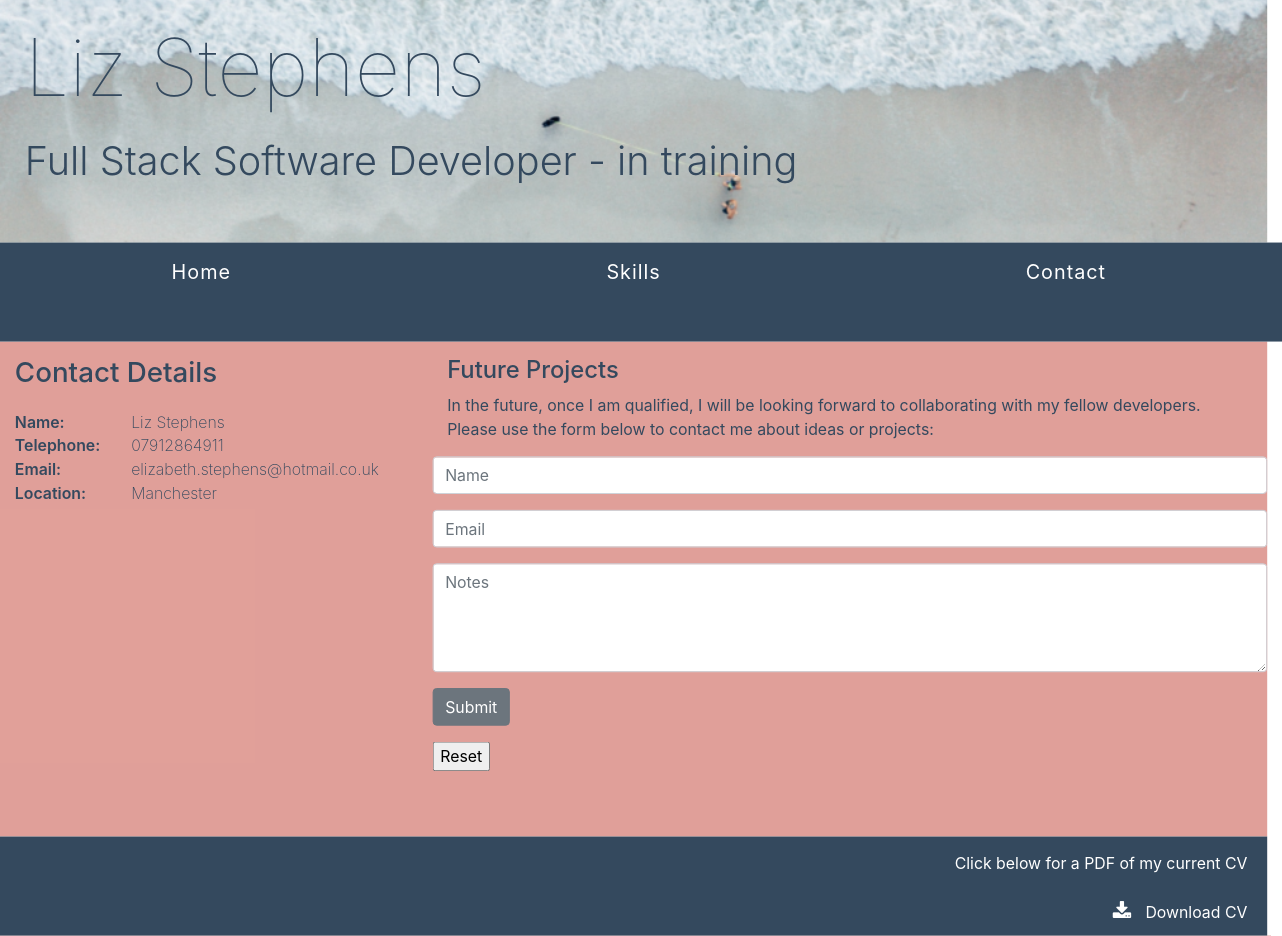
Repository: Liz94688/portfolio-site
Page: contact.html
The author's editor kept a record of every edit. The page is drawn from the files as they stood at one moment, then again after the next edit.
The browser window is 1280 px wide. The page is 1295 px wide, so the pictures cover 1295 px, including what lies to the right of the window. The pictures show the whole page, at 99% of full size.

Above is the page before.

### contact.html
<!DOCTYPE html>
<html lang="en">

<head>
    <meta charset="UTF-8">
    <meta name="viewport" content="width=device-width, initial-scale=1.0">
    <meta http-equiv="X-UA-Compatible" content="ie=edge">
    <link rel="stylesheet" href="https://stackpath.bootstrapcdn.com/bootstrap/4.3.1/css/bootstrap.min.css" type="text/css" />
    <link rel="stylesheet" href="https://stackpath.bootstrapcdn.com/font-awesome/4.7.0/css/font-awesome.min.css" type="text/css" />
    <link rel="stylesheet" href="assets/css/style.css" type="text/css" />
    <title>Liz Stephens Portfolio - Full Stack Web Developer</title>
</head>

<body>
    <header>
        <div class="row header-image">
            <div class="col">
                <h1 class="header-name">Liz Stephens</h1>
                <h2 class="header-title">Full Stack Software Developer - in training</h2>
            </div>
        </div>

        <div class="row header-nav">
            <div class="col">
                <ul id="nav" class="list-inline header-nav-container">
                    <li class="col-sm-4 header-nav-color-home header-nav-item list-inline-item">
                        <a href="#"><span>Home</span></a>
                    </li>
                    <li class="col-sm-4 header-nav-color-skills header-nav-item list-inline-item">
                        <a href="#"><span>Skills</span></a>
                    </li>
                    <li class="col-sm-4 header-nav-color-contact header-nav-item list-inline-item">
                        <a href="#"><span>Contact</span></a>
                    </li>
                </ul>
            </div>
        </div>
        </div>
    </header>

    <section id="contact" class="container-fluid contact-container">
        <div class="row">
            <div class="col-md-4 contact-info">
                <div class="col-12">
                    <h3 class="contact-details-title">
                        Contact Details
                    </h3>
                </div>
                <div class="col-12 contact-details-itemised">
                    <div class="key">
                        <p>Name:</p>
                    </div>
                    <div class="value">
                        <p>Liz Stephens</p>
                    </div>
                    <div class="key">
                        <p>Telephone:</p>
                    </div>
                    <div class="value">
                        <p>07912864911</p>
                    </div>
                    <div class="key">
                        <p>Email:</p>
                    </div>
                    <div class="value">
                        <p>elizabeth.stephens@hotmail.co.uk</p>
                    </div>
                    <div class="key">
                        <p>Location:</p>
                    </div>
                    <div class="value">
                        <p>Manchester</p>
                    </div>
                </div>
            </div>

            <div class="col-md-8 contact-form">
                <div class="col-12">
                    <h4>
                        Future Projects
                    </h4>
                </div>
                <div class="col-12">
                    <p>In the future, once I am qualified, I will be looking forward to collaborating with my fellow developers. Please use the form below to contact me about ideas or projects: </p>
                </div>
                <div class="col-12 contact-groups">
                    <form>
                        <div class="form-group">
                            <input type="text" name="Name" class="form-control" placeholder="Name" required>
                        </div>
                        <div class="form-group">
                            <input type="email" name="Email" class="form-control" placeholder="Email" required>
                        </div>
                        <div class="form-group">
                            <textarea rows="4" name="Notes" class="form-control" placeholder="Notes"></textarea>
                        </div>
                        <div class="form-group">
                            <button type="submit" class="btn btn-secondary">Submit</button>
                        </div>
                        <div class="form-group">
                            <input type="reset" value="Reset">
                        </div>
                    </form>
                </div>
            </div>
        </div>
    </section>

    <footer class="container-fluid">
        <div class="row footer-nav">
            <div class="col footer-nav-item">
                <p>Click below for a PDF of my current CV</p>
                <a href="./assets/Liz_CV.pdf" target="_blank"><i class="fa fa-download" aria-hidden="true"></i><span> Download CV </span></a>
            </div>
        </div>
    </footer>
</body>

</html>

### assets/css/style.css
@import url('https://fonts.googleapis.com/css?family=Montserrat&display=swap:100,200,300,400,500,600,700');

/*------------------------------Header*/

header {
    margin: 0;
    padding: 0;
}

.header-image {
    background-image: url('../images/welcome-view.jpg');
    background-position: center;
    background-repeat: no-repeat;
    background-size: cover;
    min-height: 240px;
    max-width: 100%;
    margin: 0;
    transition: all .5s ease-in-out;
    -moz-transition: all .5s ease-in-out;
    -webkit-transition: all .5s ease-in-out;
}

.header-name {
    font-weight: 100;
    font-size: 80px;
    color: #34495E;
    padding-top: 20px;
    padding-left: 25px;
}

.header-title {
    font-weight: 300;
    font-size: 40px;
    color: #34495E;
    padding-top: 15px;
    padding-bottom: 50px;
    padding-left: 25px;
}

/*------------------------------Header-Nav*/

.col {
    padding: 0;
}

li a {
    color: #fff;
    padding: 0;
    text-decoration: none;
}

.row {
    padding-bottom: 0;
}


.list-inline-item:not(:last-child) {
    margin: 0;
}

.header-nav-container {
    font-size: 0;
}

.col ul {
    margin-bottom: 0;
}

#nav li {
    padding: 0;
}

.header-nav-item {
    height: 100px;
    text-align: center;
}

.header-nav-item a {
    width: 100%;
    text-decoration: none;
    color: #fff;
}

.header-nav-item span {
    display: block;
    padding-top: 15px;
    font-size: 20px;
    letter-spacing: 1px;
}

/*------------------------------Navbar Colours/Background Colours*/

ul {
    background-color: #34495E;
}

.header-nav-color-home:hover {
    background-color: #4682B4;
}

.header-nav-color-skills:hover {
    background-color: #48D1CC;
}

.header-nav-color-contact:hover {
    background-color: #D98880;
}

.header-nav-color-home.active {
    background-color: #4682B4;
}

.header-nav-color-skills.active {
    background-color: #48D1CC;
}

.header-nav-color-contact.active {
    background-color: #D98880;
}

.home-bg-color {
    background-color: #4682B4;
}

/*------------------------------So far...*/

section {
    margin: 0;
    padding: 0;
}

.about-container {
    min-height: 500px;
    background-color: rgba(70, 130, 180, 0.8);
    color: #34495E;
    padding-bottom: 20px;
}

.so-far-title {
    padding-top: 20px;
    margin-bottom: 30px;
}

.so-far-title h3 {
    margin: 0;
}

.so-far-paragraph p {
    margin-bottom: 15px;
}

/*------------------------------Timeline*/

.timeline {
    position: relative;
    margin: 0 auto;
}

.timeline::after {
    content: '';
    position: absolute;
    width: 6px;
    background-color: #fff;
    top: 0;
    bottom: 0;
    left: 50%;
    margin-left: -2px;
}

.container {
    padding: 10px 20px;
    position: relative;
    background-color: #34495E;
    width: 50%;
    color: #fff;
    margin-left: 0;
}

.left {
    left: 0;
}

.right {
    left: 50%;
}

/*------------------------------Skills*/

.skills-container {
    margin: 0;
    min-height: 500px;
    background-color: rgba(72, 209, 204, 0.8);
    color: #34495E;
    padding-bottom: 20px;
}

.skills-title {
    padding-top: 20px;
    margin-bottom: 30px;
}

.skills-progression {
    margin-bottom: 30px;
}

.progress {
    height: 35px;
    margin-bottom: 15px;
    position: relative;
}

.progress-type {
    position: absolute;
    left: 0px;
    color: #283747;
    padding: 2px 30px 2px 5px;
}

/*------------------------------Contact Info*/

.contact-container {
    padding: 0;
    margin: 0;
    min-height: 500px;
    background-color: rgba(217, 136, 128, 0.8);
    color: #34495E;
}

.contact-row {
    margin-left: 0;
    margin-right: 0;
}

.contact-info {
    padding-top: 15px;
    margin-bottom: 20px;
}

.contact-details-title {
    margin-bottom: 20px;
}

.contact-details-itemised {
    margin-bottom: 20px;
}

.contact-details-itemised .key,
.contact-details-itemised .value {
    display: inline-block;
    padding-right: 10px;
}

.contact-details-itemised .key p,
.contact-details-itemised .value p {
    margin: 0;
}

.contact-details-itemised .key {
    width: 30%;
}

.contact-details-itemised .value {
    position: relative;
    width: 60%;
}

.contact-details-itemised .key p {
    font-weight: 600;
}

.contact-details-itemised .value p {
    font-weight: 200;
}

/*------------------------------Contact Form*/

.contact-form {
    padding-top: 15px;
    margin-bottom: 20px;
}

.contact-form-title {
    margin-bottom: 20px;
}

.contact-groups {
    padding: 0;
}

.centre-form {
    padding-top: 10px;
    margin: 0 auto;
    max-width: 70%;
}

/*------------------------------Footer*/

footer {
    min-height: 100px;
    margin: 0;
    padding: 0;
}

.footer-nav {
    background-color: #34495E;
}

.footer-nav-item {
    height: 100px;
    text-align: right;
    padding: 15px 20px;
    color: #fff;
}

.footer-nav-item a {
    text-decoration: none;
    color: #fff;
}

.footer-nav-item a i {
    font-size: 20px;
    padding: 10px;
}

/*------------------------------Media Queries*/

@media(max-width: 600px) {
    .header-title {
        font-weight: 200;
        font-size: 40px;
        color: #34495E;
        padding-top: 25px;
        padding-bottom: 40px;
        padding-left: 25px;
    }
}

@media(min-width: 768px) {
    .timeline::after {
        content: '';
        position: absolute;
        width: 12px;
        background-color: #fff;
        top: 0;
        bottom: 0;
        left: 50%;
        margin-left: -2px;
    }
}

@media(min-width: 992px) {
    .centre-form {
        padding-top: 30px;
        margin: 0 auto;
        max-width: 80%;
    }
}

After the next edit:
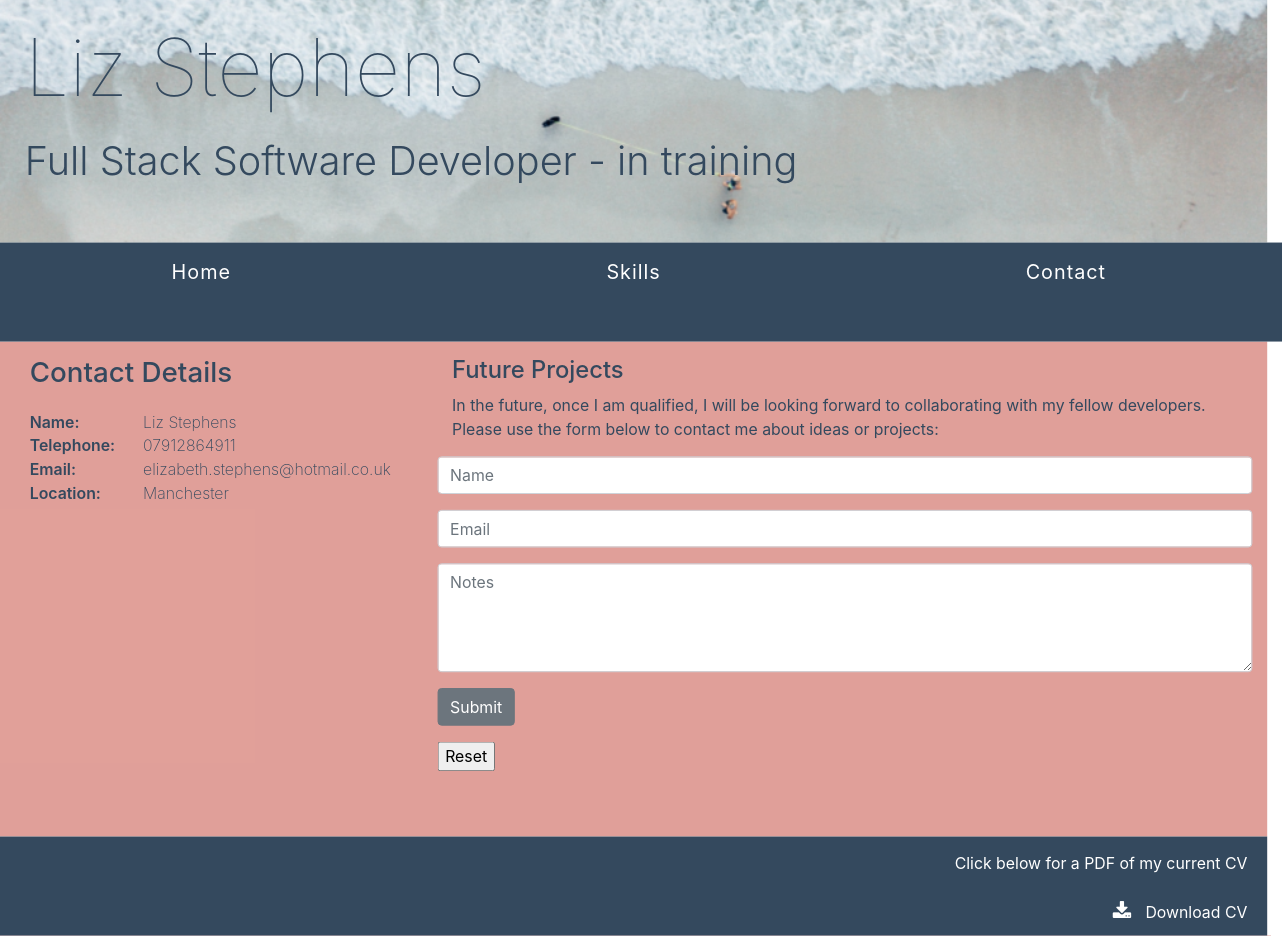
The edit:
--- a/contact.html
+++ b/contact.html
@@ -39,7 +39,7 @@
     </header>
 
     <section id="contact" class="container-fluid contact-container">
-        <div class="row">
+        <div class="row contact-row">
             <div class="col-md-4 contact-info">
                 <div class="col-12">
                     <h3 class="contact-details-title">
